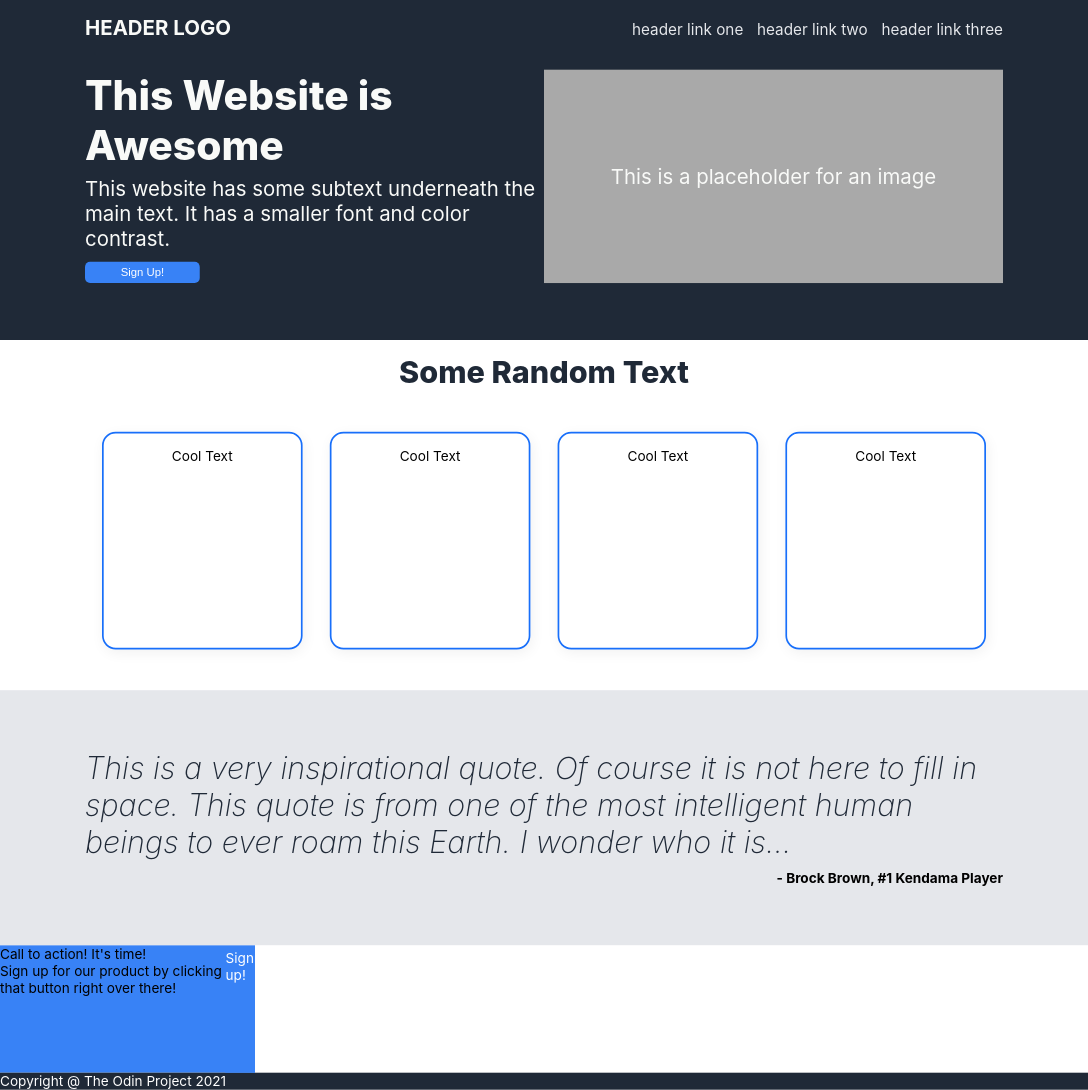
Repository: bbrockbrown/landing-page
Page: index.html
The author's editor kept a copy of each file at every save. The page is drawn from the files as they stood at one save, then again after the next save.
The browser window is 1280 px wide. The pictures show the whole page, at 85% of full size.

Above is the page before, as saved 2024-07-24 16:10:10.

After the next save:
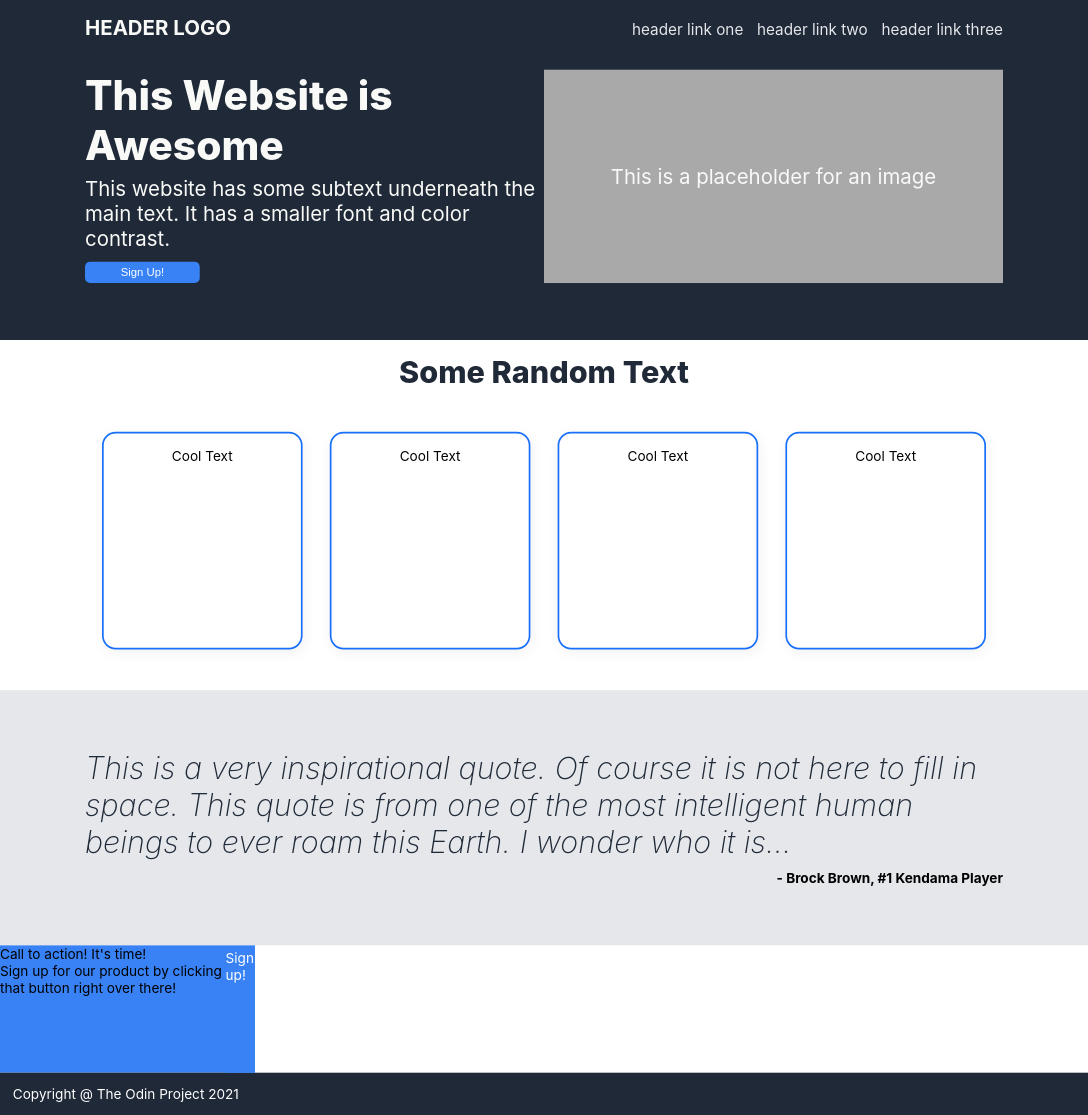
Saved 15 s later.
--- a/styles.css
+++ b/styles.css
@@ -154,5 +154,5 @@ a {
 .footer {
     background-color: #1F2937;
     color: white;
-    display: flex;
+    padding: 15px;
 }
